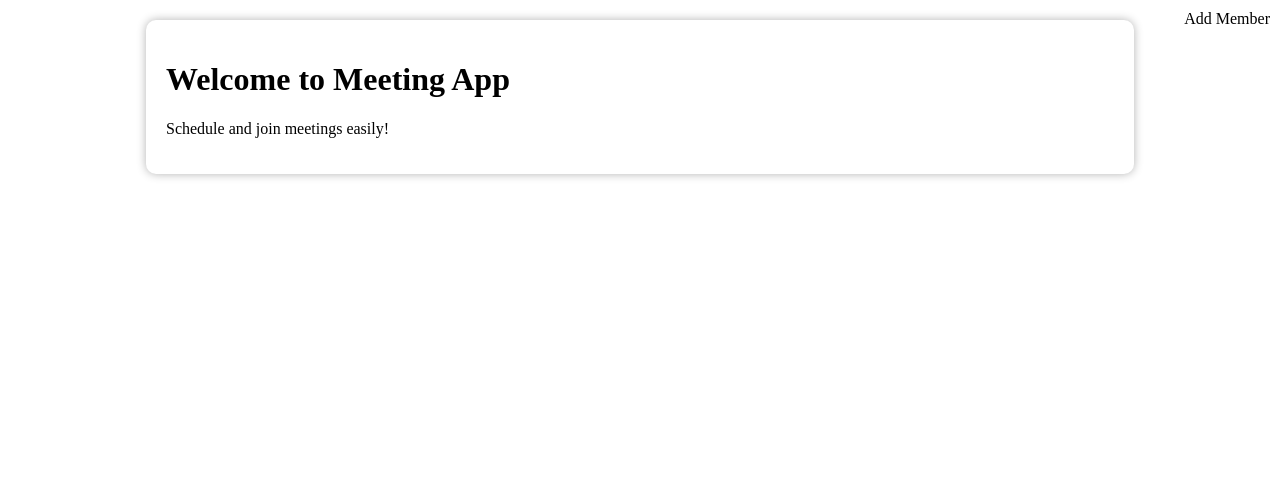
Repository: alexanderneal/meetingApp
Page: meetingApp copia/popup.html
An editor plug-in stored every save of this project. The page is shown before and after the next save, followed by the edit.
The browser window is 1280 px wide. The pictures show the whole page.

Above is the page before, as saved 2023-04-21 10:52:20.

### meetingApp copia/popup.html
<html>
  <head>
    <title>Meeting App</title>
    <meta charset="UTF-8">
    <link rel="stylesheet" href="popup.css">
  </head>
  <body>
    <div class="popup-container">
      <h1>Welcome to Meeting App</h1>
      <p>Schedule and join meetings easily!</p>
    </div>
    <div id="add-member-btn">Add Member</div>
    <div id="members-list"></div>
    <script src="popup.js"></script>
  </body>
</html>

### meetingApp copia/popup.css
.popup-container {
    width: 75%;
    margin: 20px auto;
    padding: 20px;
    background-color: #fff;
    border-radius: 10px;
    box-shadow: 0px 0px 10px rgba(0, 0, 0, 0.3);
    position: relative;
  }

  #add-member-btn {
    position: absolute;
    top: 10px;
    right: 10px;
  }

### meetingApp copia/popup.js
// Code for the popup window
// In popup.js

const membersList = document.getElementById("members-list");
const addMemberBtn = document.getElementById("add-member-btn");

let members = [];

addMemberBtn.addEventListener("click", () => {
  const name = prompt("Enter member name:");
  const salary = parseInt(prompt("Enter member salary:"));
  const costPerHour = salary / 52 / 40;

  const member = {
    name: name,
    salary: salary,
    costPerHour: costPerHour,
  };

  members.push(member);
  renderMembersList();
});

function renderMembersList() {
  membersList.innerHTML = "";

  members.forEach((member) => {
    const memberEl = document.createElement("div");
    memberEl.classList.add("member");
    memberEl.innerHTML = `
      <div class="member-icon"></div>
      <div class="member-name">${member.name}</div>
      <div class="member-cost">$${member.costPerHour.toFixed(2)} / hr</div>
    `;
    membersList.appendChild(memberEl);
  });
}

After the next save:
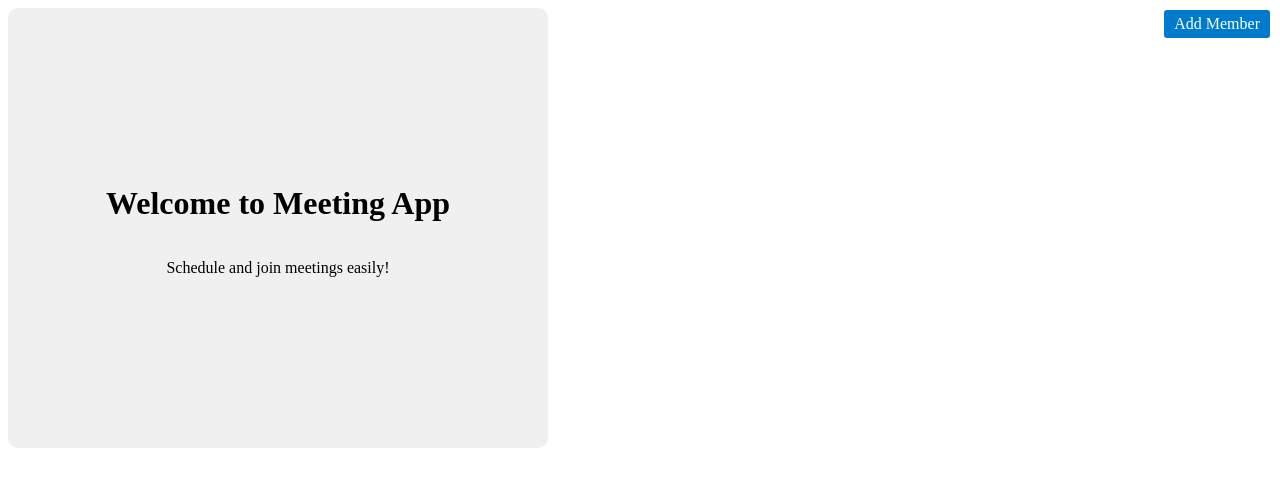
Saved 2 min 4 s later.
--- a/meetingApp copia/popup.css
+++ b/meetingApp copia/popup.css
@@ -1,15 +1,23 @@
 .popup-container {
-    width: 75%;
-    margin: 20px auto;
+    width: 500px;
+    height: 400px;
     padding: 20px;
-    background-color: #fff;
+    display: flex;
+    flex-direction: column;
+    justify-content: center;
+    align-items: center;
+    background-color: #f0f0f0;
     border-radius: 10px;
-    box-shadow: 0px 0px 10px rgba(0, 0, 0, 0.3);
-    position: relative;
   }
-
   #add-member-btn {
     position: absolute;
     top: 10px;
     right: 10px;
+    padding: 5px 10px;
+    background-color: #007acc;
+    color: white;
+    border: none;
+    border-radius: 3px;
+    font-size: 16px;
+    cursor: pointer;
   }
